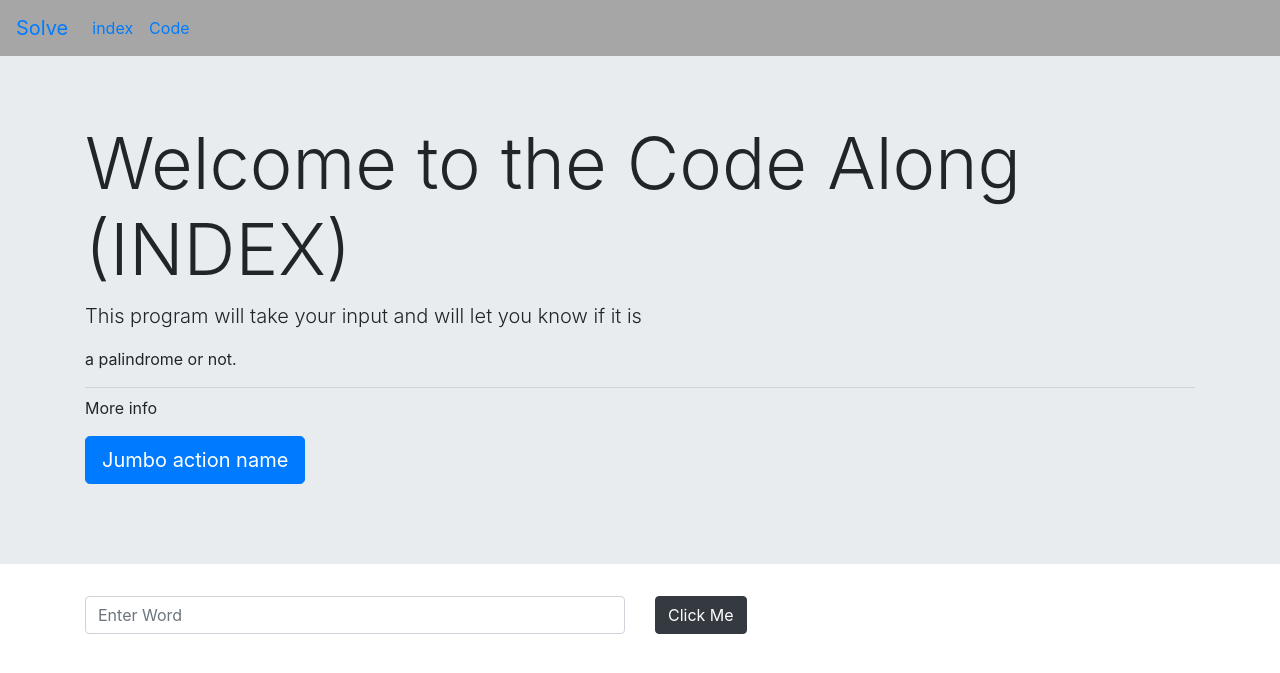
Repository: zhadjah9559/TacocatGrammar
Page: solve.html
An editor plug-in stored every save of this project. The page is shown before and after the next save, followed by the edit.
The browser window is 1280 px wide. The pictures show the whole page.

Above is the page before, as saved 2021-01-11 23:26:30.

### solve.html
<!doctype html>
<html lang="en">
  <head>
    <title>Solve</title>
    <!-- Required meta tags -->
    <meta charset="utf-8">
    <meta name="viewport" content="width=device-width, initial-scale=1, shrink-to-fit=no">

    <!-- Bootstrap CSS -->
    <link rel="stylesheet" href="https://stackpath.bootstrapcdn.com/bootstrap/4.3.1/css/bootstrap.min.css" integrity="sha384-ggOyR0iXCbMQv3Xipma34MD+dH/1fQ784/j6cY/iJTQUOhcWr7x9JvoRxT2MZw1T" crossorigin="anonymous">
  </head>
  <body>


    <nav class="navbar navbar-expand-sm" style="background-color: #A6A6A6;">
        <a class="navbar-brand" href="#">Solve</a>
        <button class="navbar-toggler d-lg-none" type="button" data-toggle="collapse" data-target="#collapsibleNavId" aria-controls="collapsibleNavId"
            aria-expanded="false" aria-label="Toggle navigation"></button>
        <div class="collapse navbar-collapse" id="collapsibleNavId">
            <ul class="navbar-nav mr-auto mt-2 mt-lg-0">
                <li class="nav-item active">
                    <a class="nav-link" href="index.html">index <span class="sr-only">(current)</span></a>
                </li>
                <li class="nav-item">
                    <a class="nav-link" href="code.html">Code</a>
                </li>
            </ul>
        </div>
    </nav>


    <div class="jumbotron jumbotron-fluid">
        <div class="container">
            <h1 class="display-3">Welcome to the Code Along (INDEX)</h1>
            <p class="lead">This program will take your input and will let you know if it is</p>
                        <p> a palindrome or not. </p>
            <hr class="my-2">
            <p>More info</p>
            <p class="lead">
                <a class="btn btn-primary btn-lg" href="Jumbo action link" role="button">Jumbo action name</a>
            </p>
        </div>
    </div>

    <div class="container">
        <div class="row">
            <!--col 2 is input-->
            <div class="col">
                <input id="input2" type="text" class="form-control" placeholder="Enter Word">
            </div>

            <!--col 3 is a button-->
            <!--but is what we'll use to iplement listner-->
            <div class="col">
                <button id="btnDemo" class="btn btn-dark">Click Me</button>
            </div>
        </div>
    </div>




    <!-- Optional JavaScript -->
    <!-- jQuery first, then Popper.js, then Bootstrap JS -->
    <script src="https://code.jquery.com/jquery-3.3.1.slim.min.js" integrity="sha384-q8i/X+965DzO0rT7abK41JStQIAqVgRVzpbzo5smXKp4YfRvH+8abtTE1Pi6jizo" crossorigin="anonymous"></script>
    <script src="https://cdnjs.cloudflare.com/ajax/libs/popper.js/1.14.7/umd/popper.min.js" integrity="sha384-UO2eT0CpHqdSJQ6hJty5KVphtPhzWj9WO1clHTMGa3JDZwrnQq4sF86dIHNDz0W1" crossorigin="anonymous"></script>
    <script src="https://stackpath.bootstrapcdn.com/bootstrap/4.3.1/js/bootstrap.min.js" integrity="sha384-JjSmVgyd0p3pXB1rRibZUAYoIIy6OrQ6VrjIEaFf/nJGzIxFDsf4x0xIM+B07jRM" crossorigin="anonymous"></script>
  </body>
</html>

After the next save:
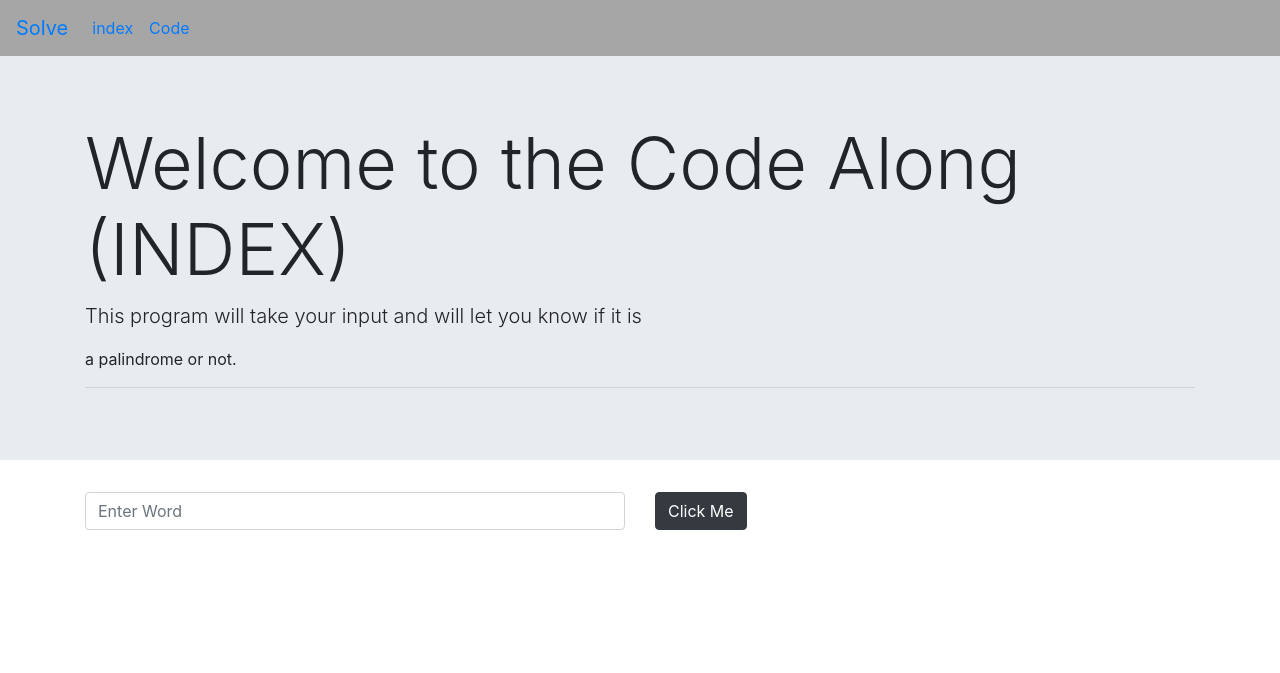
Saved 16 s later.
--- a/solve.html
+++ b/solve.html
@@ -35,10 +35,6 @@
             <p class="lead">This program will take your input and will let you know if it is</p>
                         <p> a palindrome or not. </p>
             <hr class="my-2">
-            <p>More info</p>
-            <p class="lead">
-                <a class="btn btn-primary btn-lg" href="Jumbo action link" role="button">Jumbo action name</a>
-            </p>
         </div>
     </div>
 
